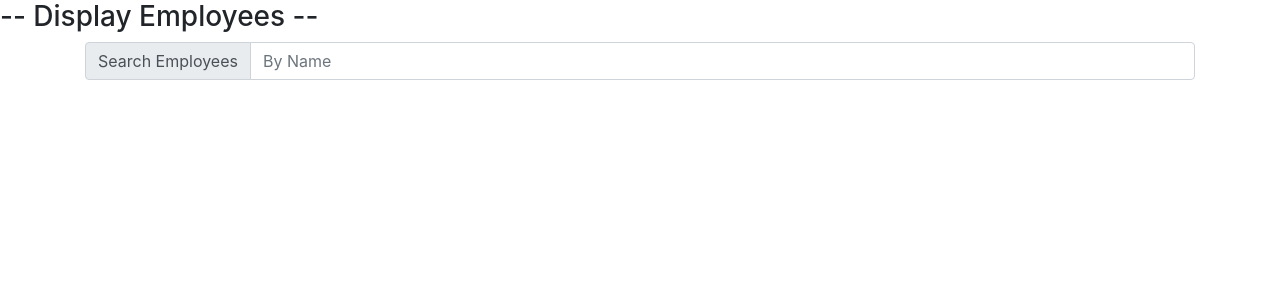
Repository: anikshaShetty/spring-boot
Page: Desktop/test1/springbootemp/src/main/resources/static/admin.html
The author's editor kept a copy of each file at every save. The page is drawn from the files as they stood at one save, then again after the next save.
The browser window is 1280 px wide. The pictures show the whole page.
The page's requests for data from a server got no answer.

Above is the page before, as saved 2020-02-15 08:42:32.

After the next save:
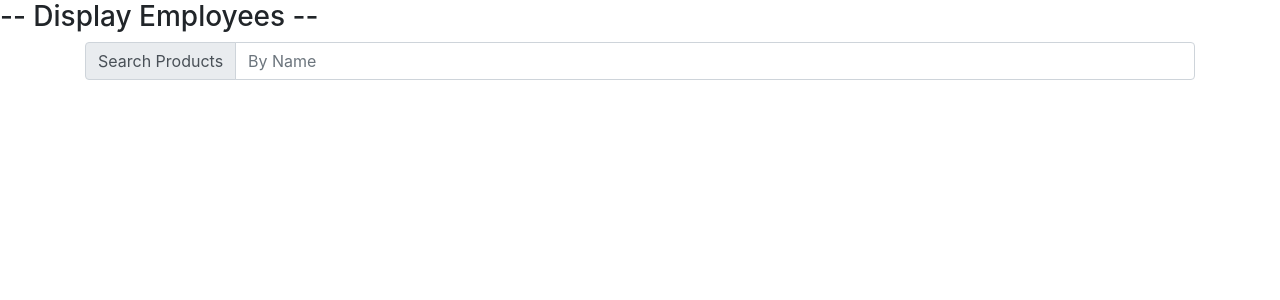
Saved 4 min 49 s later.
--- a/Desktop/test1/springbootemp/src/main/resources/static/admin.html
+++ b/Desktop/test1/springbootemp/src/main/resources/static/admin.html
@@ -11,7 +11,7 @@
 
         <div class="input-group mb-3">
             <div class="input-group-prepend">
-                <span class="input-group-text" id="basic-addon1">Search Employees</span>
+                <span class="input-group-text" id="basic-addon1">Search Products</span>
             </div>
             <input id="searchText" type="text" class="form-control" placeholder="By Name" aria-label="Username"
                 aria-describedby="basic-addon1">
@@ -25,15 +25,15 @@
 
         var data = [];
 
-        function deleteEmployee(id){
-        	console.log('deleting employee with id: ', id);
-        	var url = 'api/employees/' + id;
+        function deleteProduct(id){
+        	console.log('deleting Product with id: ', id);
+        	var url = 'api/products/' + id;
         	$.ajax({
         		  url: url,
         		  method: 'DELETE'
         		}).done(function() {
         		 console.log('deletion done')
-        		 alert('Employee delete');
+        		 alert('Product deleted');
         		});
         }
 
@@ -42,10 +42,12 @@
                 console.log(i, field)
                 var template = `
             <div class="card" style="width: 18rem;">
-                <img src="https://via.placeholder.com/150" class="card-img-top" alt="image for course"/>
+                <img src="https://via.placeholder.com/150" class="card-img-top" alt="image for product"/>
                 <div class="card-body">
                 <h5 class="card-title">${field.name}</h5>
-                <p class="card-text">Salary: ${field.salary}</p>
+                <p class="card-text">Price: ${field.price}</p>
+                <p class="card-text">Category: ${field.category}</p>
+                <p class="card-text">Expiry Date: ${field.date}</p>
                 <button onclick="deleteEmployee(${field.id})" class="btn btn-danger">Delete</button>
                 </div>
             </div>
@@ -66,7 +68,7 @@
                 render(filteredList);
             })
 
-            $.getJSON("api/employees/", function (result) {
+            $.getJSON("api/products/", function (result) {
                 console.log(result)
                 data = result;
                 render(result)
